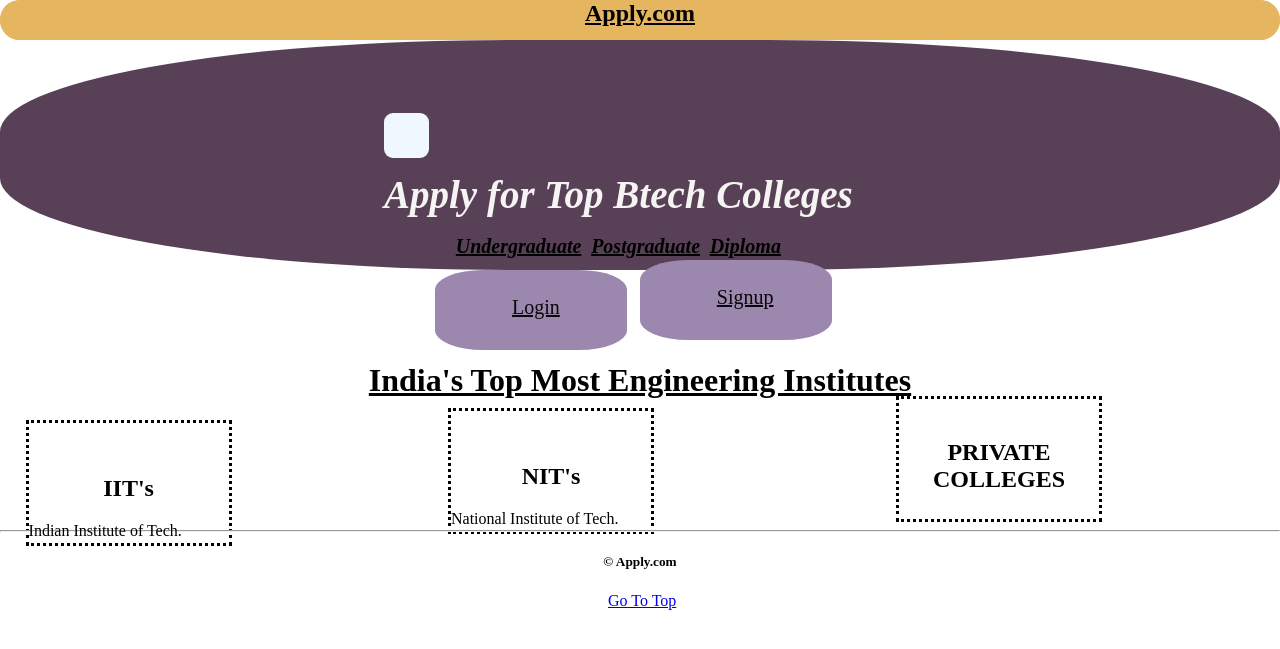
Repository: dashmeenkalra/dashmeen_kalra
Page: css/btech.html
These files come from the project's save history. The page is drawn as it stood at one moment and after the next save; the edit follows.
The browser window is 1280 px wide. The pictures show the whole page.

Above is the page before, as saved 2023-03-07 10:05:22.

### css/btech.html
<html>
    <head>
        <link href="btech.css" rel="stylesheet"/>
        <title>
            Welcome to apply.com
        </title>
    </head>
    <body>
        <header>
            <header id="header">
            <h2>Apply.com</h2>
        </header>
        <div id="app">
            <div class="wri">
                <div id="ball">

                </div>
                Apply for Top Btech Colleges</br>
                <a href="" class="id">Undergraduate</a>
                <a href="" class="id">Postgraduate</a>
                <a href="" class="id">Diploma</a>
            </div>
        </div>
        <div class="log">
            <a href="" class="id1"> Login</a>
        </div>
        <div class="log1">
            <a href="" class="id1">Signup</a>
        </div>
        <h1>India's Top Most Engineering Institutes</h1>
        <div id="type">
        <h2>IIT's</h2>Indian Institute of Tech.
        </div>
        <div id="type1">
            <h2>NIT's</h2>National Institute of Tech.
        </div>
        <div id="type2">
            <h2>PRIVATE COLLEGES</h2>
        </div>
        <hr/>

        <h5> &copy; Apply.com</h5>
        <a href="#header" id="at" >Go To Top</a>
    </body>
</html>

### css/btech.css
body{
    margin:0px;
}
header{
    background-color: rgb(229, 182, 95);
    height: 40px;
    border-radius:20px;
}
header > h2{
    text-align: center;
    text-decoration:underline;
}
#app{
    background-color: rgb(88, 64, 87);
    height:230px;
    width:100%;
    border-radius:40%;
}
#ball{
    height: 45px;
    width: 45px;
    border-radius: 20%;
    background-color: aliceblue;
    margin-top: -9%;
    margin-bottom: 3%;
}
.wri{
    text-align: center;
    margin-left: 30%;
    font-weight: bolder;
    font-style: oblique;
    font-size: 39px;
    margin-top: 9%;
    position: absolute;
    color: rgb(246, 243, 243);

}
.id{
    font-size: 20px;
    color: black;
}
.log{
    background-color: rgb(156, 136, 174);
    height:80px;
    width:15%;
    margin-left:34%;
    border-radius:25%;
}
.id1{
    font-size: 20px;
    color: rgb(9, 8, 8);
    margin-left:6%;
    margin-top:2%;
    position: absolute;
}
.log1{
    background-color: rgb(156, 136, 174);
    height:80px;
    width:15%;
    margin-left:50%;
    border-radius:25%;
    margin-top: -7.01%;
}
h1{
    text-align: center;
    text-decoration: underline;
}
#type{
    border: dotted;
    height:120px;
    width: 200px;
    margin-left:2%;
}
#type > h2{
  text-align: center;
  margin-top: 26%;
}
#type1{
    border: dotted;
    height:120px;
    width: 200px;
    margin-left:35%;
    margin-top:-10.8%;
}
#type1 > h2{
    text-align: center;
    margin-top: 26%;
}
#type2{
    border: dotted;
    height:120px;
    width: 200px;
    margin-left:70%;
    margin-top:-10.8%;
}
#type2 > h2{
    text-align: center;
    margin-top: 20%;
}
h5{
    text-align: center;
}
#at{
    text-align: center;
    margin-left: 47.5%;
}

After the next save:
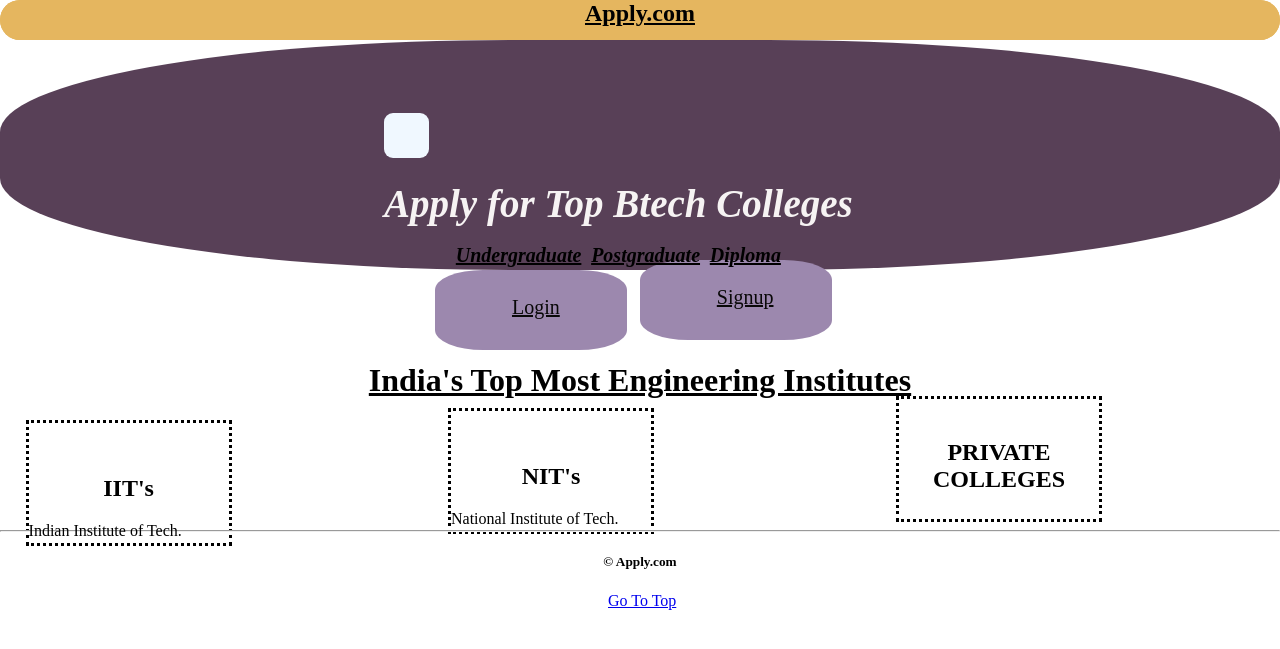
Saved 9 s later.
--- a/css/btech.css
+++ b/css/btech.css
@@ -22,7 +22,7 @@ header > h2{
     border-radius: 20%;
     background-color: aliceblue;
     margin-top: -9%;
-    margin-bottom: 3%;
+    margin-bottom: 5%;
 }
 .wri{
     text-align: center;
